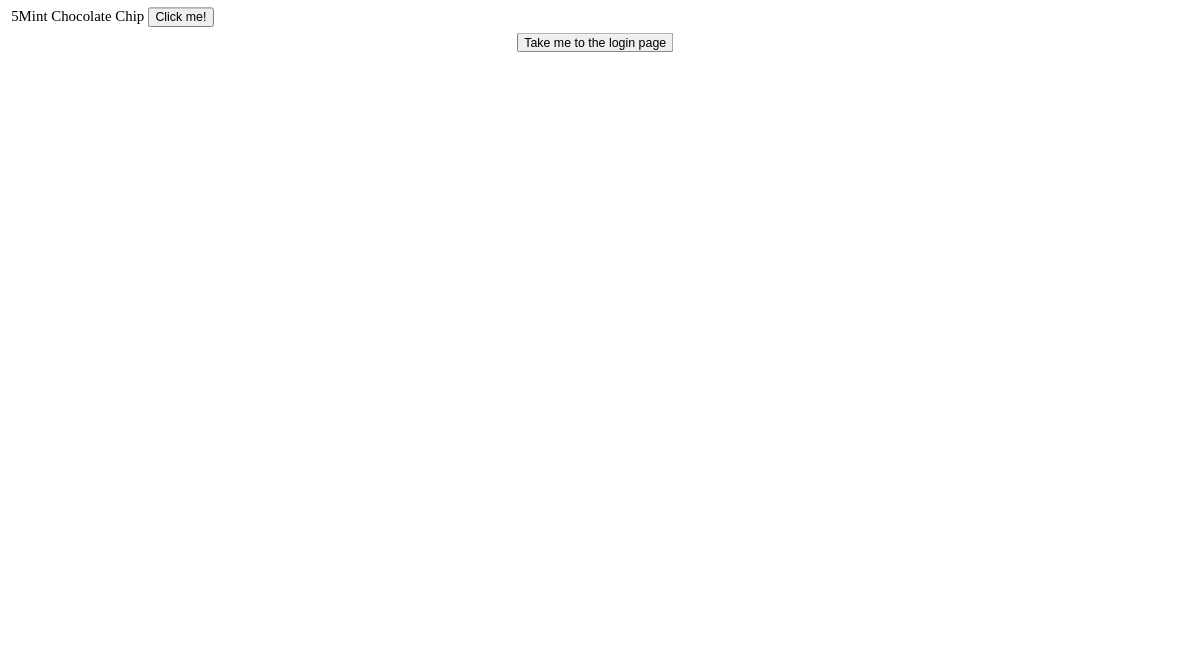
Repository: Alejandra-Pelayo/Alejandra-Pelayo.github.io
Page: 2.1.4/Global_Impact.html
The author's editor kept a record of every edit. The page is drawn from the files as they stood at one moment, then again after the next edit.
The browser window is 1280 px wide. The pictures show the whole page, at 93% of full size.

Above is the page before.

After the next edit:
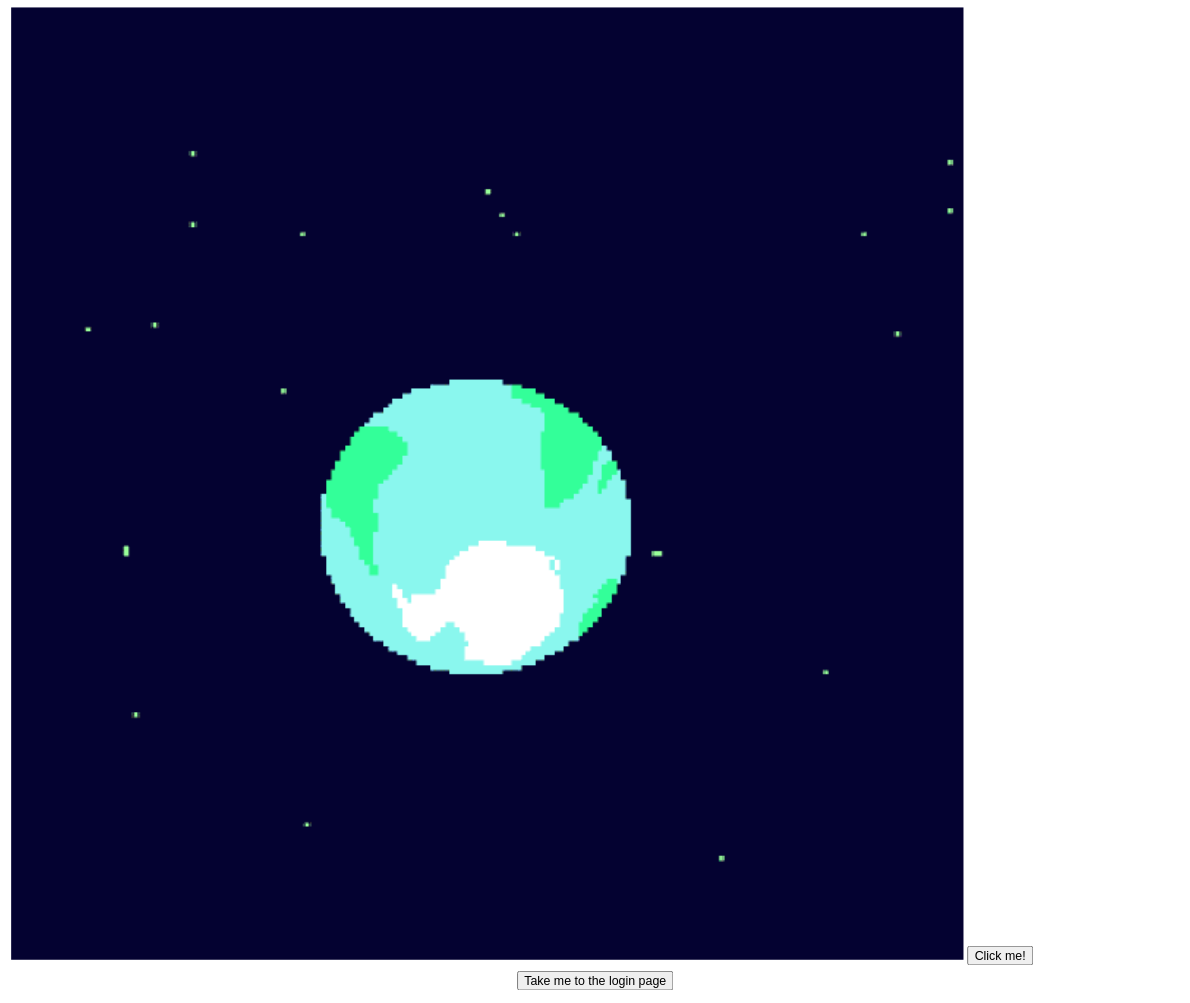
The edit:
--- a/2.1.4/Global_Impact.html
+++ b/2.1.4/Global_Impact.html
@@ -15,7 +15,8 @@
   <img  />
   <link href="global_warming.css" rel="stylesheet" type="text/css">
 
-<tr><td>5</td><td>Mint Chocolate Chip</td></tr>
+<tr><td></td><td></td></tr>
+<img src="world_gif.gif" alt="Computer Man" style="width:1024px;height 768px;">
 <button type="button" onclick="Enviromental.html('You pressed the button!')">Click me!</button>
 <a href="Enviromental.html">
   <button>Take me to the login page</button>

After the 2 edits that followed:
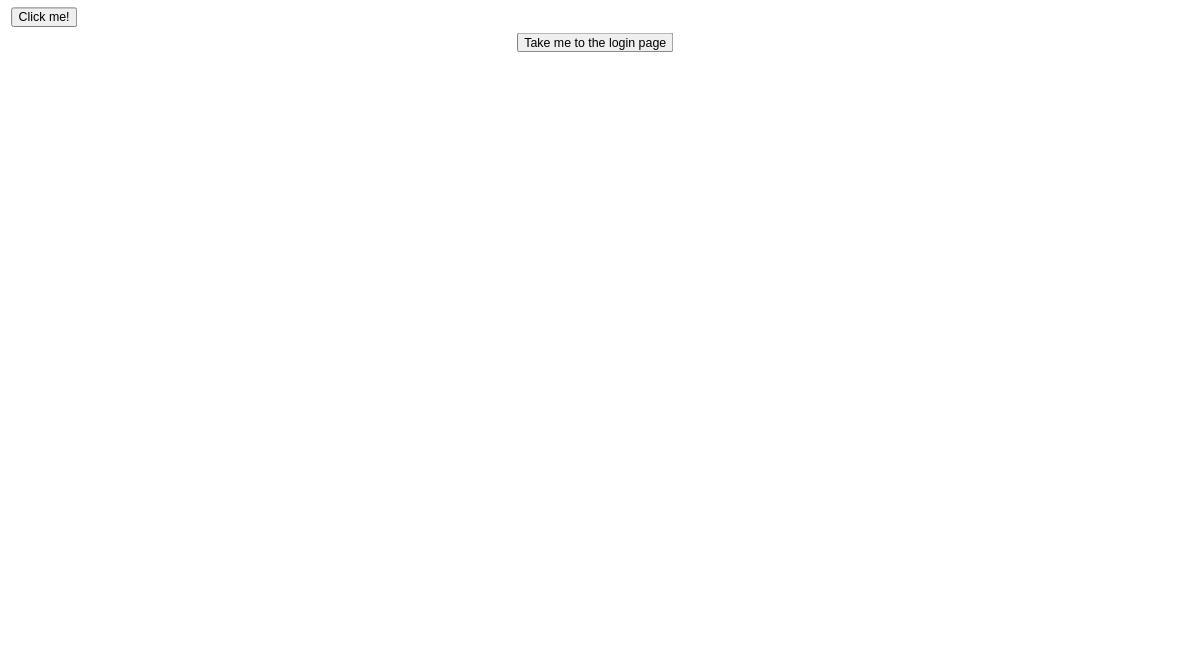
The 2 edits are shown as one change because 1 left the picture as it was.
The edit:
--- a/2.1.4/Global_Impact.html
+++ b/2.1.4/Global_Impact.html
@@ -16,8 +16,9 @@
   <link href="global_warming.css" rel="stylesheet" type="text/css">
 
 <tr><td></td><td></td></tr>
-<img src="world_gif.gif" alt="Computer Man" style="width:1024px;height 768px;">
 <button type="button" onclick="Enviromental.html('You pressed the button!')">Click me!</button>
 <a href="Enviromental.html">
   <button>Take me to the login page</button>
 </a>
+
+<div class="container">
